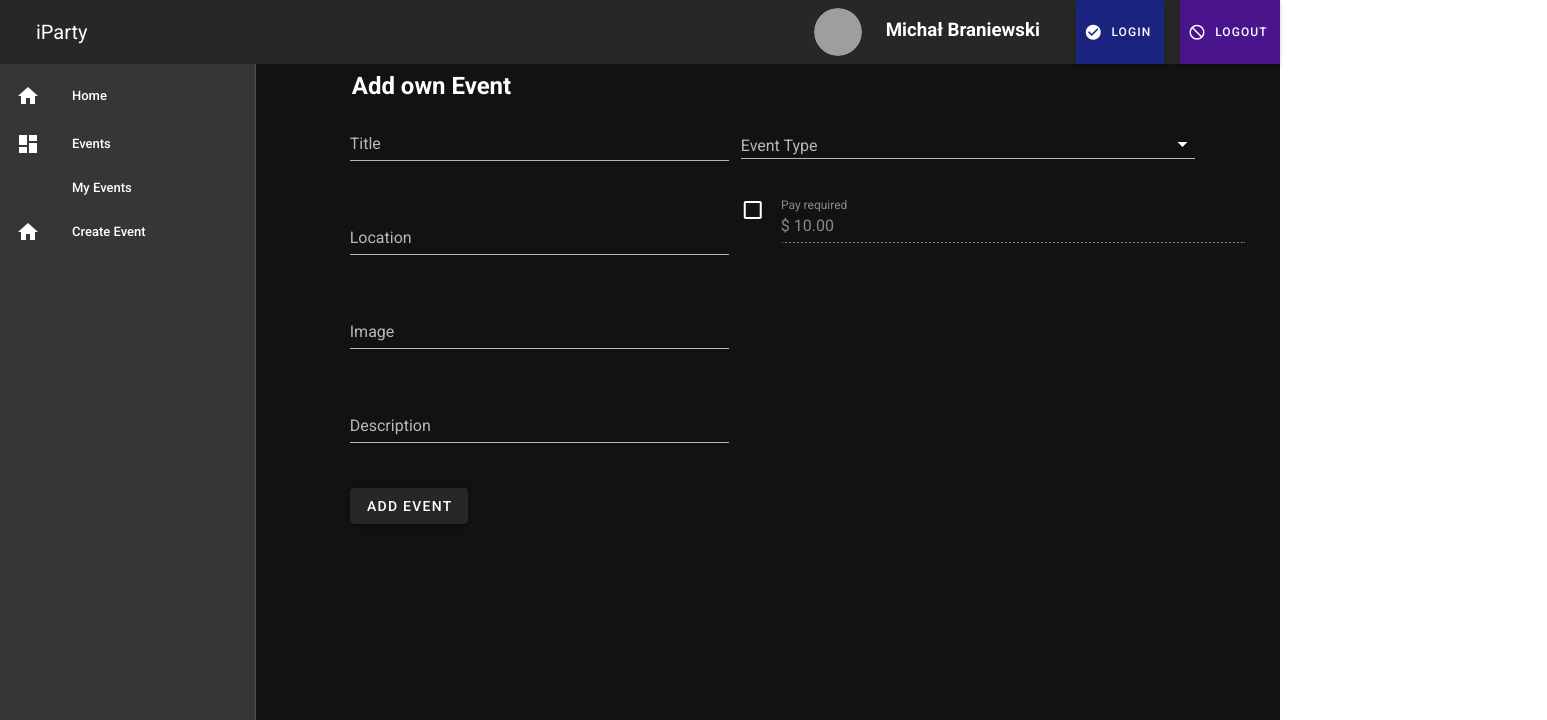
Repository: hexanek/partyapp
Page: /#/addevent
The author's editor kept a copy of each file at every save. The page is drawn from the files as they stood at one save, then again after the next save.
The browser window is 1280 px wide. The page is 1547 px wide, so the pictures cover 1547 px, including what lies to the right of the window. The pictures show the whole page.
Pictures or frames that could not be fetched are drawn as grey boxes. The project was rebuilt for these pictures with package versions that can differ from the ones it lists, and the page was loaded fresh each time. Also part of the build but not shown: vue.config.js, src/components/Popup.vue, src/components/Gmap.vue, src/components/Home.vue.

Above is the page before, as saved 2020-01-26 16:04:12.

### public/index.html
<!DOCTYPE html>
<html lang="en">
  <head>
    <meta charset="utf-8">
    <meta http-equiv="X-UA-Compatible" content="IE=edge">
    <meta name="viewport" content="width=device-width,initial-scale=1.0">
    <link rel="icon" href="<%= BASE_URL %>favicon.ico">
    <title>party-app</title>
    <link rel="stylesheet" href="https://fonts.googleapis.com/css?family=Roboto:100,300,400,500,700,900">
    <link rel="stylesheet" href="https://cdn.jsdelivr.net/npm/@mdi/font@latest/css/materialdesignicons.min.css">
  </head>
  <body>
    <noscript>
      <strong>We're sorry but party-app doesn't work properly without JavaScript enabled. Please enable it to continue.</strong>
    </noscript>
    <div id="app"></div>
    <!-- built files will be auto injected -->
  </body>
</html>

### src/main.js
import Vue from 'vue'
import App from './App.vue'
import vuetify from './plugins/vuetify';
import store from './store'
import router from './router'

Vue.config.productionTip = false

new Vue({
  vuetify,
  store,
  router,
  render: h => h(App)
}).$mount('#app')

### src/App.vue
<template>
  <v-app>
    <navbar>
    </navbar>
    <Footer>
    </Footer>
    <router-view></router-view>
  </v-app>
</template>

<script>
import Navbar from "./components/Navbar";
import Footer from "./components/Footer";


export default {
  name: "App",

  components: {
    Navbar,
    Footer,
  },

  data: () => ({
    //
  }),
  methods: {}
};
</script>

### src/plugins/vuetify.js
import Vue from "vue";
import Vuetify from "vuetify/lib";
import VueRouter from "vue-router";
import * as VueGoogleMaps from "vue2-google-maps";

Vue.use(Vuetify);
Vue.use(VueRouter);
Vue.use(VueGoogleMaps, {
  load: {
    key: "AIzaSyB6QzBesMB_MjqmuZF1p7hpCl8gg4kMEy8",
    libraries: "places"
  }
});

export default new Vuetify({
  theme: {
    dark: true
  }
});

### src/router/index.js
import Vue from "vue";
import VueRouter from "vue-router";
import EventForm from "../components/Event/EventForm.vue";
import Home from "../components/Home.vue";

Vue.use(VueRouter);

const routes = [
  {
    path: "/",
    name: "home",
    component: Home
  },
  {
    path: "/addevent",
    name: "AddEvent",
    component: EventForm

    // route level code-splitting
    // this generates a separate chunk (about.[hash].js) for this route
    // which is lazy-loaded when the route is visited.
    //component: () => import(/* webpackChunkName: "about" */ '../views/About.vue')
  }
];

const router = new VueRouter({
  routes
});
export default router;

### src/components/Navbar.vue
<template>
    <div>
        <v-navigation-drawer
      v-model="drawer"
      app
      clipped
    >
      <v-list dense>
         <v-list-item link>
          <v-list-item-action>
            <v-icon>mdi-home</v-icon>
          </v-list-item-action>
          <v-list-item-content>
            <v-list-item-title>
              <router-link to="/" tag="span">Home</router-link></v-list-item-title>
          </v-list-item-content>
          </v-list-item>
        <v-list-item link>
          <v-list-item-action>
            <v-icon>mdi-view-dashboard</v-icon>
          </v-list-item-action>
          <v-list-item-content>
            <v-list-item-title>Events</v-list-item-title>
          </v-list-item-content>
        </v-list-item>
        <v-list-item link>
          <v-list-item-action>
            <v-icon>mdi-settings</v-icon>
          </v-list-item-action>
          <v-list-item-content>
            <v-list-item-title>My Events</v-list-item-title>
          </v-list-item-content>
        </v-list-item>
         <v-list-item link>
          <v-list-item-action>
            <v-icon>mdi-home</v-icon>
          </v-list-item-action>
          <v-list-item-content>
            <v-list-item-title>
              <router-link to="/addevent" tag="span"> Create Event</router-link>
              </v-list-item-title>
          </v-list-item-content>
        </v-list-item>
      </v-list>
    </v-navigation-drawer>
     <v-app-bar
      flat
      app
      clipped-left
    >
      <v-app-bar-nav-icon class="hidden-sm-and-up" @click.stop="drawer = !drawer" />
      <v-toolbar-title>
        <router-link to="/" tag="span" style="cursor: pointer">iParty</router-link>
        </v-toolbar-title>
      <v-spacer></v-spacer>
      <v-toolbar-items>

        <v-avatar class="ma-2">
      <img
        src="https://cdn.vuetifyjs.com/images/john.jpg"
        alt="John"
      >
    </v-avatar>
        <h3 class="ma-4">Michał Braniewski</h3>
        <v-btn small rounded class="indigo darken-4 mx-5">
          <v-icon dark left>mdi-checkbox-marked-circle</v-icon>
          Login


          </v-btn>
           <v-btn small rounded class="purple darken-4 mx-5 ml-n1 mr-n4">
          <v-icon dark left>mdi-cancel</v-icon>
          Logout


          </v-btn>
      </v-toolbar-items>


    </v-app-bar>
    </div>
</template>

<script>
export default {
  name: "Navbar",
  data: () => ({
    drawer: null
  })
};
</script>

<style lang="scss" scoped>
</style>

### src/components/Footer.vue
<template>
    <div>
        <!-- <v-footer app>
            <span>&copy; 2020</span>
        </v-footer> -->
    </div>
</template>

<script>
    export default {
        name: 'Footer',

        data: () => ({

        })
    }
</script>

<style lang="scss" scoped>

</style>

### src/components/Event/EventForm.vue
<template>
    <div class="content">
        <v-container mt-12 pt-6>
            <v-layout row>
                <v-flex xs-12 offset-sm3 center pa-2>
                    <h2>Add own Event</h2>
                </v-flex>
            </v-layout>
            <v-layout row>
                <v-flex xs-12>
                    <form>
                        <v-layout row>
                            <v-flex xs-12 offset-sm3 sm-6 col-4>
                                <v-text-field
                                name="title"
                                label="Title"
                                id="title"
                                row-height="15"
                                v-model="this.title"
                                required></v-text-field>
                            </v-flex>
                            <v-select class="select"
                                 :items="this.types"
                                  label="Event Type"
                                  name="Event-Type"
                                   dense
                                 ></v-select>
                        </v-layout>
                         <v-layout row>
                            <v-flex xs-12 offset-sm3 sm-6 col-4>
                                <v-text-field
                                name="location"
                                label="Location"
                                id="location"
                                v-model="this.location"
                                required></v-text-field>
                            </v-flex>
                            <v-checkbox
                               v-model="pay"
                                  hide-details
                              class="shrink mr-2 mt-0"
                               ></v-checkbox>
                               <v-text-field
                               prefix="$"
                               :disabled="!pay"
                               value="10.00"
                               label="Pay required"></v-text-field>
                        </v-layout>
                         <v-layout row>
                            <v-flex xs-12 offset-sm3 sm-3 col-4>
                                <v-text-field
                                name="imageUrl"
                                label="Image"
                                required
                                id="image"
                                v-model="this.imageUrl"
                                ></v-text-field>
                            </v-flex>
                        </v-layout>
                         <v-layout row>
                            <v-flex xs-12 offset-sm3 sm-3 col-4>
                                <v-text-field
                                name="description"
                                label="Description"
                                id="description"
                                rows="2"
                                v-model="this.description"
                                required></v-text-field>
                            </v-flex>
                        </v-layout>
                        <v-layout row>
                            <v-flex xs12 offset-sm3 sm-3 col-4>
                                <v-btn>Add Event</v-btn>
                            </v-flex>
                        </v-layout>
                    </form>
                </v-flex>
            </v-layout>
        </v-container>
    </div>
</template>

<script>
export default {
  name: "EventForm",
  data: function () {
    return {
        title: '',
        location: '',
        description: '',
        imageUrl: '',
        types: ['Wydarzenie', 'Klub', 'Lokal', 'Plener', 'Koncert'],
        pay: false,

    }
  }
};
</script>

<style lang="scss" scoped>
.content {
  justify-content: center;
}
.select {
    padding-top: 28px;
    padding-right: 50px;
}
</style>

Loaded but not shown: src/store/index.js (common file)

After the next save:
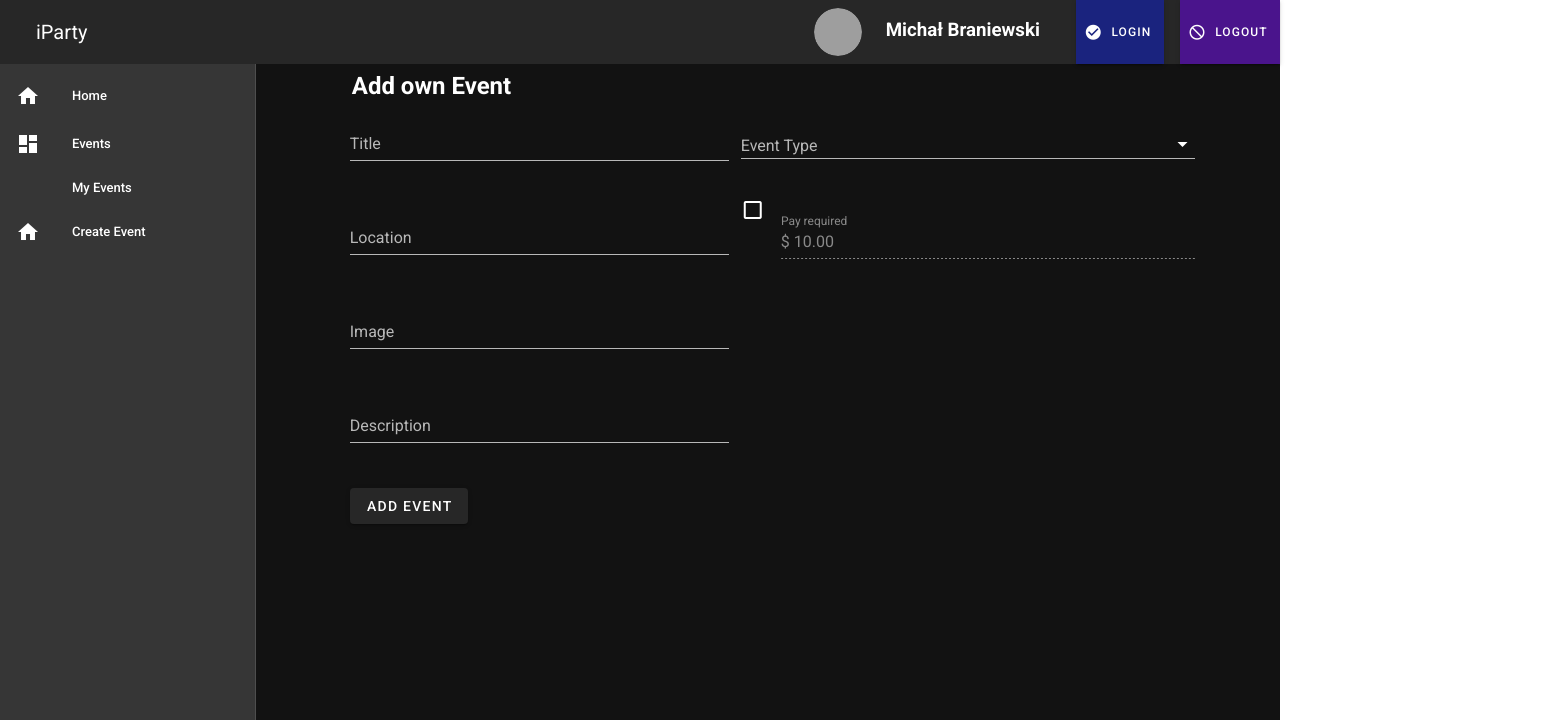
Saved 54 s later.
--- a/src/components/Event/EventForm.vue
+++ b/src/components/Event/EventForm.vue
@@ -41,6 +41,7 @@
                               class="shrink mr-2 mt-0"
                                ></v-checkbox>
                                <v-text-field
+                               class="select"
                                prefix="$"
                                :disabled="!pay"
                                value="10.00"
